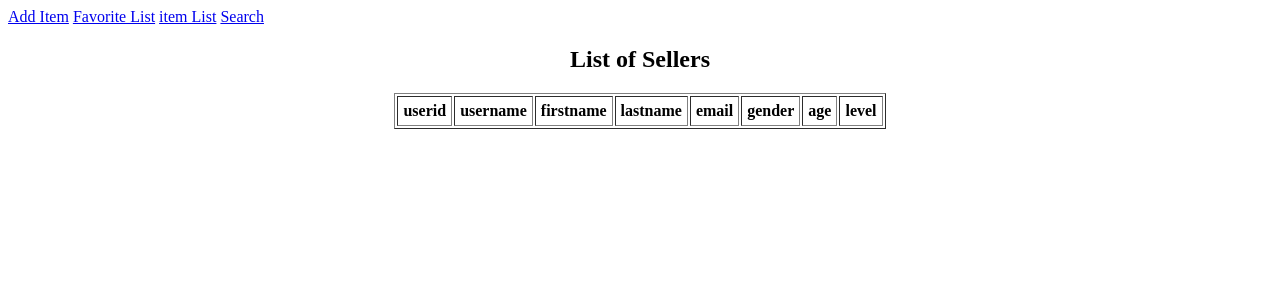
Repository: HamdanM/DatabaseProject
Page: http://localhost/DB3/Displaynum2.jsp
The author's editor kept a copy of each file at every save. The page is drawn from the files as they stood at one save, then again after the next save.
The browser window is 1280 px wide. The pictures show the whole page.
The page is served by Tomcat 9. Nobody is signed in. The application's start-up code is not run.

Above is the page before, as saved 2019-07-27 21:41:20.

After the next save:
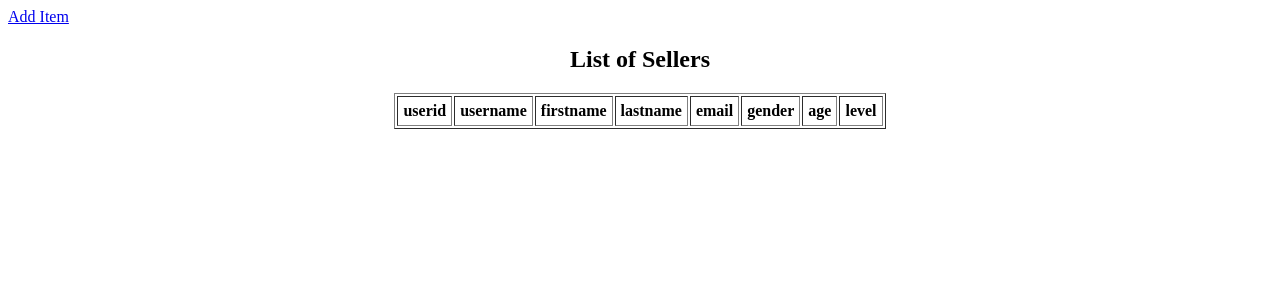
Saved 21 s later.
--- a/DB3/WebContent/Displaynum2.jsp
+++ b/DB3/WebContent/Displaynum2.jsp
@@ -9,10 +9,8 @@
 </head>
 <body>
 
-<a href="addItem.jsp">Add Item</a>
-<a href="favlist">Favorite List</a>
-<a href="list">item List</a>
-<a href="search.jsp">Search</a>
+<a href="root.jsp">Add Item</a>
+
 
   <div align="center">
         <table border="1" cellpadding="5">
